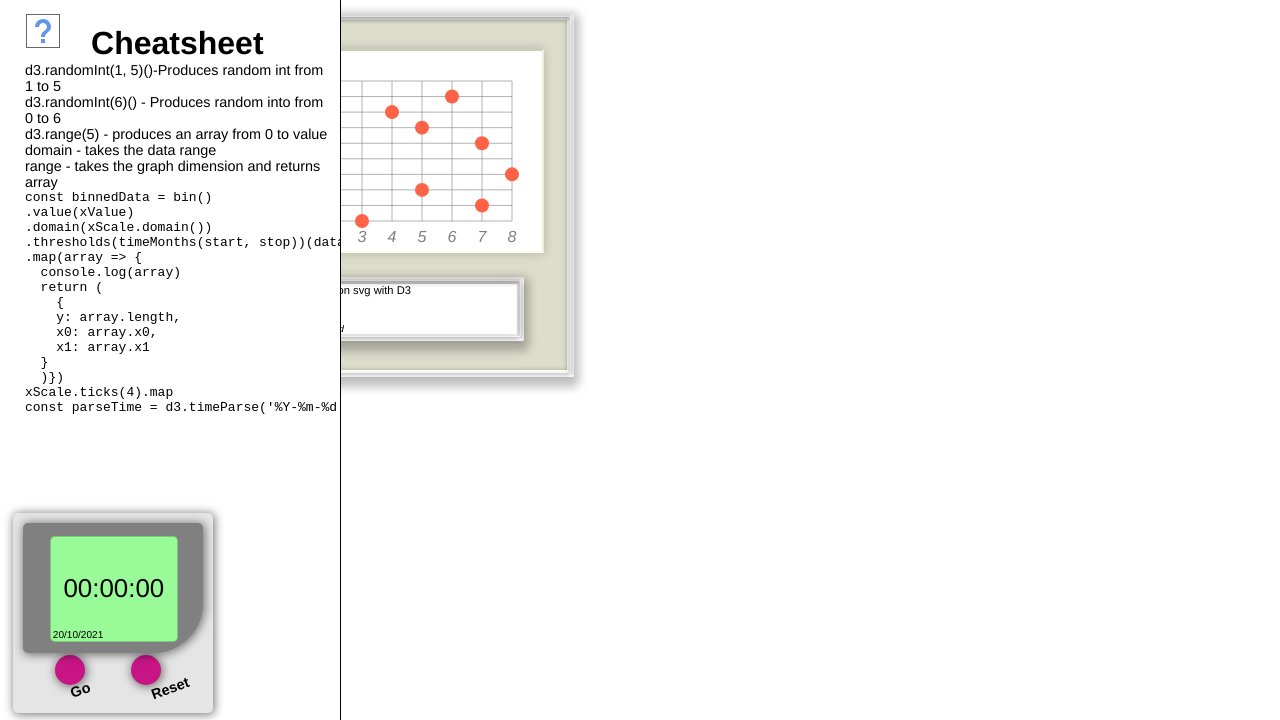
Repository: Lewisjohnward/100-days-of-d3
Page: /
These files come from the project's save history. The page is drawn as it stood at one moment and after the next save; the edit follows.
The browser window is 1280 px wide. The pictures show the whole page.
The page's requests for data from a server got no answer. An inner scrolling area shows only its first screen. The project was rebuilt for these pictures with package versions that can differ from the ones it lists, and the page was loaded fresh each time. No one was signed in, and anything a server would have sent is missing. Also part of the build but not shown: src/charts/chart2/useGetData.js, src/charts/chart2/styles.js, src/charts/chart2/Chart.js, src/charts/chart3/useGetData.js, src/charts/chart3/styles.js, src/charts/chart3/Chart.js, src/charts/chart4/useGetData.js, src/charts/chart4/styles.js and 4 more.

Above is the page before, as saved 2021-10-20 15:48:49.

### src/App.js
import styled from "styled-components";
import { Chart1, Chart2, Chart3, Chart4, Chart5 } from "./charts/index.js";
import { Hello } from "./components/HelloD3";
import { Navbar } from "./components/Navbar.js";

const BodyContainer = styled.div`
  position: relative;
  z-index: 99;
  display: flex;
  height: ${({ height }) => height}px;
  overflow: hidden;
`;

const ChartGrid = styled.div`
  width: 75%;
  display: grid;
  overflow: scroll;
  grid-template-columns: repeat(3, 400px);
  grid-template-rows: repeat(2, 400px);
  justify-content: center;
  align-items: start;
  align-content: start;
  grid-gap: 0px;
  padding: 1%;
`;



const height = window.innerHeight;

function App() {
  return (
    <BodyContainer height={height}>
      <Hello />
      <Navbar />
      <ChartGrid>
        <Chart1 />
        <Chart2 />
        <Chart2 />
        <Chart3 />
        <Chart4 />
        <Chart5 />
      </ChartGrid>
    </BodyContainer>
  );
}

export default App;

### src/index.css
*{
    margin: 0;
    padding: 0;
}

body {
    font-family: Helvetica, "Trebuchet MS", Verdana, sans-serif;
}

### src/charts/index.js
export { Test as Chart1} from "./chart1/Chart"
export { Chart as Chart2} from "./chart2/Chart"
export { Chart as Chart3} from "./chart3/Chart"
export { Chart as Chart4} from "./chart4/Chart"
export { Chart as Chart5} from "./chart5/Chart"

### src/components/HelloD3.js
import { useState } from "react";
import styled, { keyframes } from "styled-components";

const letterAnimation = keyframes`
    0% {transform: rotate(0deg);}
    20% {transform: rotate(-45deg);}
    100% {transform: rotate(-45deg);}
`;

const TextContainer = styled.div`
  position: absolute;
  top: 25%;
  display: flex;
  font-size: 10em;

`;

const LetterContainer = styled.div`
  &.fallanimation {
    transition: transform 1s;
    transform: translateY(942px);
  }

  p {
    font-weight: ${({bold}) => bold ? 600: 300};
    &.fallanimation {
      animation: ${letterAnimation} ease-out 1s forwards;
    }
  }
`;

const word = "Hello";
const d3 = "D3"
const d3Array = d3.split("");
const wordArray = word.split("");
const height = window.innerHeight;

export const Hello = () => {
  return (
    <TextContainer>
      {wordArray.map((d) => (
        <Letter letter={d} />
      ))}
      {d3Array.map((d) => (
        <Letter letter={d} bold={true}/>
      ))}
    </TextContainer>
  );
};

const Letter = ({ letter, bold}) => {
  const [visible, setVisible] = useState(true);

  const handleMouseEnter = () => {
    setVisible((prev) => !prev);
  };

  return (
    <LetterContainer className={!visible && "fallanimation"} height={height} bold={bold}>
      <p
        className={!visible && "fallanimation"}
        onMouseEnter={() => handleMouseEnter()}
      >
        {letter}
      </p>
    </LetterContainer>
  );
};

### src/components/Navbar.js
import { useState } from "react";
import styled from "styled-components";
import { TimerComponent as Timer } from "./Timer";
import { IoMdHelp } from "react-icons/io";

const NavContainer = styled.div`
  height: 100%;
  width: 25%;
  overflow: hidden;
  background: white;
  padding: 25px 10px 25px 25px;
  border-right: 1px solid black;
  > p {
    font-size: 0.9em;
  }

  &.open {
    transition: all 1s ease-in;
    transform: translateX(0px);
  }
  &.close {
    transition: all 1s ease-in;
    transform: translateX(-100%);
  }
`;

const Title = styled.div`
  font-size: 2em;
  font-weight: 700;
  text-align: center;
`;

const Icon = styled(IoMdHelp)`
  position: absolute;
  left: 2%;
  top: 2%;
  z-index: 1;
  font-size: 2em;
  color: cornflowerblue;
  cursor: pointer;
  border: 1px solid rgba(0, 0, 0, 0.6);
`;

const code = `const binnedData = bin()
.value(xValue)
.domain(xScale.domain())
.thresholds(timeMonths(start, stop))(data)
.map(array => {
  console.log(array)
  return (
    {
    y: array.length,
    x0: array.x0,
    x1: array.x1
  }
  )})`;

export const Navbar = () => {
  const [visible, setVisible] = useState(true);
  return (
    <>
      <Icon onClick={() => setVisible((prev) => !prev)} />
      <NavContainer className={visible ? "open" : "close"}>
        <Title>Cheatsheet</Title>
        <p>d3.randomInt(1, 5)()-Produces random int from 1 to 5</p>
        <p>d3.randomInt(6)() - Produces random into from 0 to 6</p>
        <p>d3.range(5) - produces an array from 0 to value</p>
        <p>domain - takes the data range</p>
        <p>range - takes the graph dimension and returns array</p>
        <pre>
          <code>{code}</code>
        </pre>
        <pre>
          <code>xScale.ticks(4).map</code>
        </pre>
        <pre>
          <code>const parseTime = d3.timeParse('%Y-%m-%d');</code>
        </pre>
      </NavContainer>
      <Timer />
    </>
  );
};

### src/charts/chart1/Chart.js
import { useState } from "react";
import { randomInt, range, scaleLinear, max } from "d3";
import {
  Frame,
  Svg,
  ChartContainer,
  Description,
  DescriptionContainer,
  Signature,
} from "./styles";

const data = range(10).map((d) => ({
  a: randomInt(10)(),
  b: d,
}));

const margin = {
  top: 30,
  right: 30,
  bottom: 30,
  left: 30,
};

const height = 200;
const width = 300;

const AxisTickOffset = 7;

const innerHeight = height - margin.top - margin.bottom;
const innerWidth = width - margin.left - margin.right;

export const Chart = () => {
  const xValue = (d) => d.a;
  const yValue = (d) => d.b;

  const xAxisScale = scaleLinear()
    .domain([0, max(data, xValue)])
    .range([0, innerWidth])
    .nice();

  const yAxisScale = scaleLinear()
    .domain([0, max(data, yValue)])
    .range([innerHeight, 0])
    .nice();

  return (
    <Frame>
      <ChartContainer>
        <Svg height={height} width={width}>
          <g transform={`translate(${margin.left}, ${margin.top})`}>
            {xAxisScale.ticks().map((tickValue) => (
              <g transform={`translate(${xAxisScale(tickValue)}, 0)`}>
                <line y2={innerHeight} stroke="black" />
                <text
                  y={innerHeight + 3 * AxisTickOffset}
                  style={{ textAnchor: "middle" }}
                >
                  {tickValue}
                </text>
              </g>
            ))}

            {yAxisScale.ticks().map((tickValue) => (
              <g transform={`translate(0, ${yAxisScale(tickValue)})`}>
                <line x2={innerWidth} stroke="black" />
                <text
                  x={-AxisTickOffset}
                  dy="0.32em"
                  style={{ textAnchor: "end" }}
                >
                  {tickValue}
                </text>
              </g>
            ))}
            {data.map(({ a, b }) => (
              <Mark x={xAxisScale(a)} y={yAxisScale(b)} r={7} />
            ))}
          </g>
        </Svg>

        <Frame small={"true"}>
          <DescriptionContainer>
            <Description>Scatter graph on svg with D3</Description>
            <Signature>09/10/21 - L Ward</Signature>
          </DescriptionContainer>
        </Frame>
      </ChartContainer>
    </Frame>
  );
};

export const Chart1= () => {
  const xValue = (d) => d.a;
  const yValue = (d) => d.b;

  const xAxisScale = scaleLinear()
    .domain([0, max(data, xValue)])
    .range([0, innerWidth])
    .nice();

  const yAxisScale = scaleLinear()
    .domain([0, max(data, yValue)])
    .range([innerHeight, 0])
    .nice();

  return (
        <Svg height={height} width={width}>
          <g transform={`translate(${margin.left}, ${margin.top})`}>
            {xAxisScale.ticks().map((tickValue) => (
              <g transform={`translate(${xAxisScale(tickValue)}, 0)`}>
                <line y2={innerHeight} stroke="black" />
                <text
                  y={innerHeight + 3 * AxisTickOffset}
                  style={{ textAnchor: "middle" }}
                >
                  {tickValue}
                </text>
              </g>
            ))}

            {yAxisScale.ticks().map((tickValue) => (
              <g transform={`translate(0, ${yAxisScale(tickValue)})`}>
                <line x2={innerWidth} stroke="black" />
                <text
                  x={-AxisTickOffset}
                  dy="0.32em"
                  style={{ textAnchor: "end" }}
                >
                  {tickValue}
                </text>
              </g>
            ))}
            {data.map(({ a, b }) => (
              <Mark x={xAxisScale(a)} y={yAxisScale(b)} r={7} />
            ))}
          </g>
        </Svg>
  );
};

const Mark = ({ x, y, r }) => {
  const [tooltipVisible, setToolTipVisible] = useState(false);

  return (
    <>
    <circle
        cx={x}
        cy={y}
        r={r}
        fill={"black"}
        onMouseEnter={() => setToolTipVisible(!tooltipVisible)}
        onMouseLeave={() => setToolTipVisible(!tooltipVisible)}
      />
      {tooltipVisible && <rect x={x + 10} y={y - 25} height={50} width={50} rx={5} />}

    </>
  );
};

export const Test = () => {
  return (
    <Frame>
    <ChartContainer>
      <Chart1 />
    <Frame small={"true"}>
          <DescriptionContainer>
          <Description>Scatter graph on svg with D3</Description>
            <Signature>09/10/21 - L Ward</Signature>
          </DescriptionContainer>
        </Frame>
      </ChartContainer>
    </Frame>
  )


}

### src/components/Timer.js
import { useState, useEffect } from "react";
import styled, { keyframes } from "styled-components";

const Icon = styled.div`
  position: absolute;
  bottom: 1%;
  left: 1%;
  height: 200px;
  width: 200px;
  padding: 0px;
  margin: 0px;

  color: black;
  overflow: hidden;
  background: rgb(229, 229, 229);
  opacity: 1;
  text-shadow: none;
  font-weight: 300;
  font-size: 0.9em;
  box-shadow: 1px 1px 10px 1px rgba(0, 0, 0, 0.5);
  border-radius: 5px;
`;

const Container = styled.div`
  height: 100%;
  width: 100%;
  display: flex;
  flex-direction: column;
  justify-content: center;
  align-items: center;
`;

const Timer = styled.div`
  position: relative;
  background: gray;
  height: 65%;
  width: 90%;
  border-radius: 5px 5px 50px 5px;
  box-shadow: 1px 1px 10px 1px rgba(0, 0, 0, 0.5);
`;

const TimerContainer = styled.div`
  position: absolute;
  top: 10%;
  left: 15%;
  height: 80%;
  width: 70%;
  display: flex;
  justify-content: center;
  align-items: center;

  background: palegreen;
  border-radius: 5px;
  border: 1px solid rgba(0, 0, 0, 0.2);
  font-size: 1.8em;
`;

const ButtonContainer = styled.div`
  height: 25%;
  width: 80%;
  display: flex;

  flex-direction: row;
  justify-content: space-around;
  align-items: center;
`;

const Start_StopContainer = styled.div`
  display: flex;
  align-items: center;
  justify-content: center;
  background: mediumvioletred;
  width: 30px;
  height: 30px;
  border-radius: 100%;
  box-shadow: 1px 1px 10px 1px rgba(0, 0, 0, 0.5);
  font-size: 1.2em;
  font-weight: 800;
  cursor: pointer;

  &:active {
    transition: transform 0.1s box-shadow 0.1s;
    transform: translateY(10%);
  }
`;

const ButtonDiv = styled.div`
  font-weight: 600;

  p {
    transform: translate(50%, -30%) rotate(-20deg);
  }
`;

const DateContainer = styled.div`
  position: absolute;
  top: 58%;
  left: 20%;
  font-size: 0.7em;
  text-decoration: italic;

  .today {
    right: 0%;
  }
`;

export const TimerComponent = ({ grid }) => {
  const [seconds, setSeconds] = useState(0);
  const [active, setActive] = useState(false);

  useEffect(() => {
    const seconds = parseInt(localStorage.getItem("seconds-d3")) || 0;
    const active = localStorage.getItem("state-d3") || false;
    setActive(active);
    setSeconds(seconds);
  }, []);

  useEffect(() => {
    if (active) {
      setTimeout(() => {
        setSeconds((prev) => prev + 1);
      }, 1000);
    }
    localStorage.setItem("seconds-d3", seconds);
    localStorage.setItem("state-d3", active);
  }, [active, seconds]);

  function secondsToTime(e) {
    var h = Math.floor(e / 3600)
        .toString()
        .padStart(2, "0"),
      m = Math.floor((e % 3600) / 60)
        .toString()
        .padStart(2, "0"),
      s = Math.floor(e % 60)
        .toString()
        .padStart(2, "0");

    return h + ":" + m + ":" + s;
    //return `${h}:${m}:${s}`;
  }

  return (
    <Icon className={`icon`}>
      <Container>
        <Timer>
          <TimerContainer>{secondsToTime(seconds)}</TimerContainer>
        </Timer>
        <DateContainer>20/10/2021</DateContainer>

        <ButtonContainer>
          <ButtonDiv>
            <Start_StopContainer
              onClick={() => {
                if (!active) {
                  setActive(true);
                }
              }}
            />
            <p>Go</p>
          </ButtonDiv>
          {active ? (
            <ButtonDiv>
              <Start_StopContainer onClick={() => setActive(false)} />
              <p>Stop</p>
            </ButtonDiv>
          ) : (
            <ButtonDiv>
              <Start_StopContainer onClick={() => setSeconds(0)} />
              <p>Reset</p>
            </ButtonDiv>
          )}
        </ButtonContainer>
      </Container>
    </Icon>
  );
};

### src/charts/chart1/styles.js
import styled from "styled-components";

export const Frame = styled.div`
  height: ${({ small }) => (small ? "50px" : "350px")};
  width: ${({ small }) => (small ? "250px" : "350px")};
  background-color: #ddc;
  border: solid 1vmin #eee;
  border-bottom-color: #fff;
  border-left-color: #eee;
  border-radius: 2px;
  border-right-color: #eee;
  border-top-color: #ddd;
  box-shadow: 0 0 5px 0 rgba(0, 0, 0, 0.25) inset,
    0 5px 10px 5px rgba(0, 0, 0, 0.25);

  position: relative;
  text-align: center;
  &:before {
    border-radius: 2px;
    bottom: -0.4vmin;
    box-shadow: 0 2px 5px 0 rgba(0, 0, 0, 0.25) inset;
    content: "";
    left: -0.4vmin;
    position: absolute;
    right: -0.4vmin;
    top: -0.4vmin;
  }
  &:after {
    border-radius: 2px;
    bottom: -0.5vmin;
    box-shadow: 0 2px 5px 0 rgba(0, 0, 0, 0.25);
    content: "";
    left: -0.5vmin;
    position: absolute;
    right: -0.5vmin;
    top: -0.5vmin;
  }
`;

export const ChartContainer = styled.div`
position: relative;
z-index: 999;
  display: flex;
  flex-direction: column;
  justify-content: space-around;
  align-items: center;
  height: 100%;
  width: 100%;
  padding: 5% 1%;
  box-sizing: border-box;
`;

export const Svg = styled.svg`
  height: ${({ height }) => height}px;
  width: ${({ width }) => width}px;
  background: white;
  box-shadow: 0px 0px 10px 0px rgba(0, 0, 0, 0.2);
  border: solid 2px;
  border-bottom-color: #ffe;
  border-left-color: #eed;
  border-right-color: #eed;
  border-top-color: #ccb;


  line {
    stroke: gray;
    opacity: 0.6;
  }

  circle {
    fill: tomato;
  }

  text {
    font-style: italic;
    fill: gray;
  }

  rect {
    stroke: tomato;
    fill: white;
  }
`;

export const DescriptionContainer = styled.div`
  box-sizing: border-box;
  display: flex;
  flex-direction: column;
  justify-content: space-between;
  width: 100%;
  height: 100%;
  box-shadow: 0px 0px 10px 0px rgba(0, 0, 0, 0.2);
  background: white;
`;

export const Description = styled.p`
  text-align: left;
  font-size: 0.7em;
`;

export const Signature = styled.p`
  text-align: left;
  font-style: italic;
  font-size: 0.6em;
`;

Loaded but not shown: public/index.html (common file); src/index.js (common file)

After the next save:
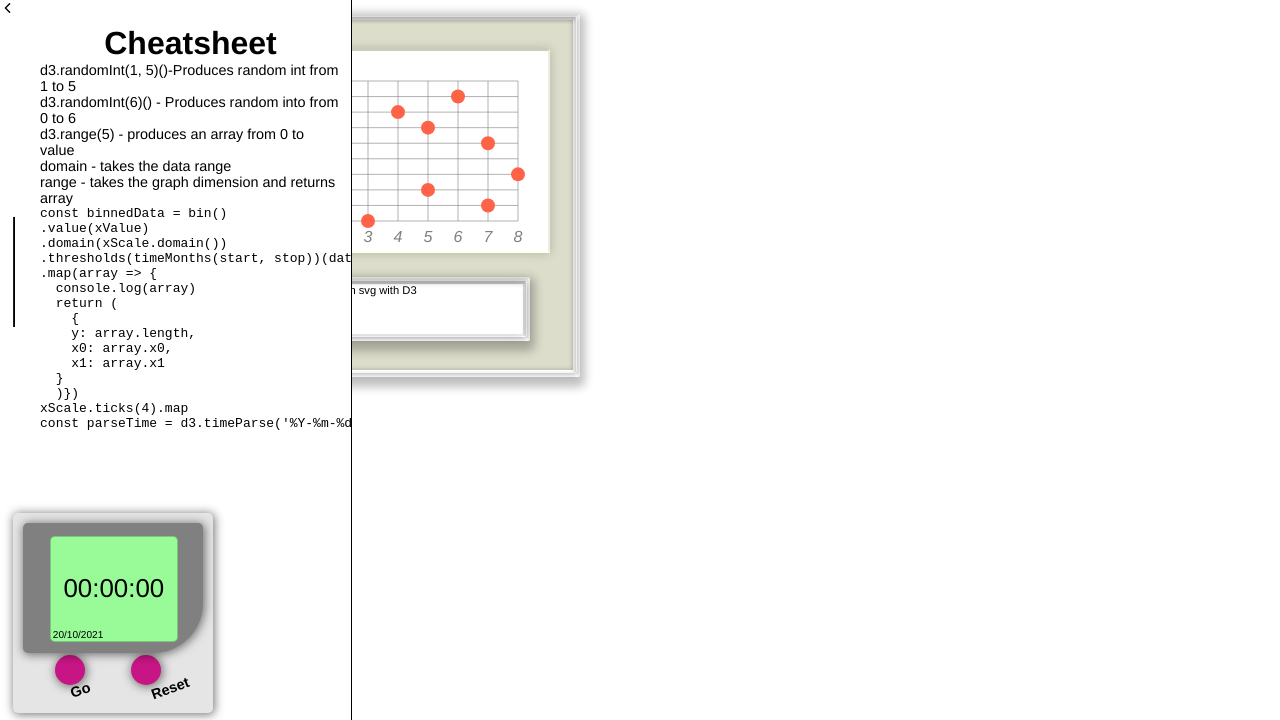
Saved 61 s later.
--- a/src/components/Navbar.js
+++ b/src/components/Navbar.js
@@ -1,7 +1,7 @@
 import { useState } from "react";
 import styled from "styled-components";
 import { TimerComponent as Timer } from "./Timer";
-import { IoMdHelp } from "react-icons/io";
+import { IoIosArrowBack, IoMdHelp } from "react-icons/io";
 
 const NavContainer = styled.div`
   height: 100%;
@@ -59,7 +59,7 @@
   const [visible, setVisible] = useState(true);
   return (
     <>
-      <Icon onClick={() => setVisible((prev) => !prev)} />
+      {visible ? <IoIosArrowBack /> : <Icon onClick={() => setVisible((prev) => !prev)} />}
       <NavContainer className={visible ? "open" : "close"}>
         <Title>Cheatsheet</Title>
         <p>d3.randomInt(1, 5)()-Produces random int from 1 to 5</p>

After the 2 saves that followed:
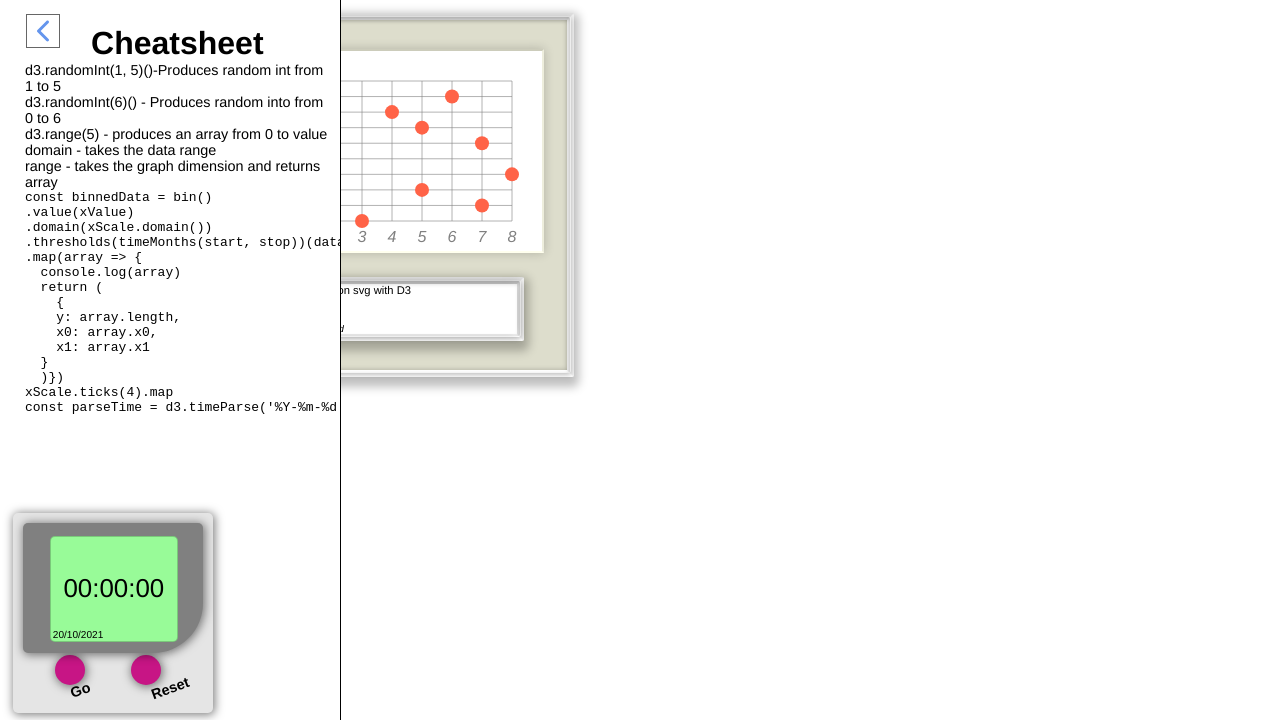
The 2 saves are shown as one change because 1 left the picture as it was.
The last was saved 42 s later.
--- a/src/components/Navbar.js
+++ b/src/components/Navbar.js
@@ -40,6 +40,16 @@
   cursor: pointer;
   border: 1px solid rgba(0, 0, 0, 0.6);
 `;
+const CloseIcon = styled(IoIosArrowBack)`
+  position: absolute;
+  left: 2%;
+  top: 2%;
+  z-index: 1;
+  font-size: 2em;
+  color: cornflowerblue;
+  cursor: pointer;
+  border: 1px solid rgba(0, 0, 0, 0.6);
+`;
 
 const code = `const binnedData = bin()
 .value(xValue)
@@ -59,7 +69,11 @@
   const [visible, setVisible] = useState(true);
   return (
     <>
-      {visible ? <IoIosArrowBack /> : <Icon onClick={() => setVisible((prev) => !prev)} />}
+      {visible ? (
+        <CloseIcon onClick={() => setVisible((prev) => !prev)} />
+      ) : (
+        <Icon onClick={() => setVisible((prev) => !prev)} />
+      )}
       <NavContainer className={visible ? "open" : "close"}>
         <Title>Cheatsheet</Title>
         <p>d3.randomInt(1, 5)()-Produces random int from 1 to 5</p>
